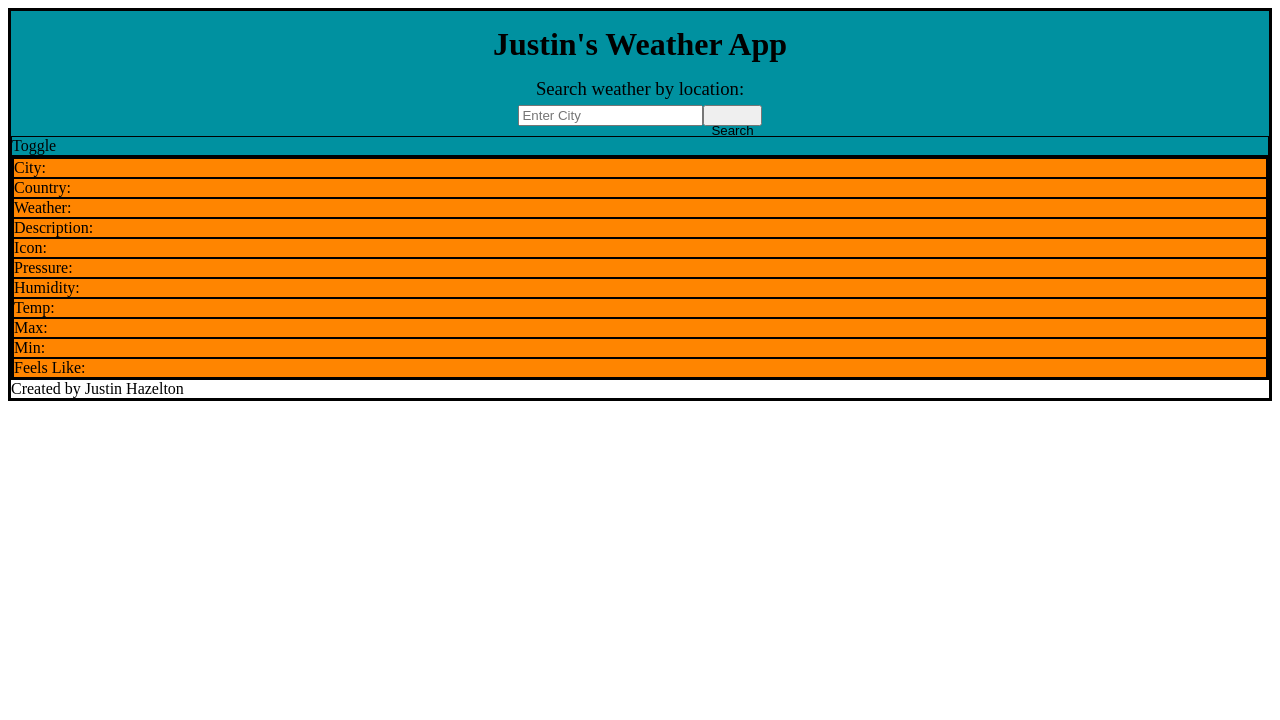
Repository: J-Haze/Weather
Page: /
These files come from the project's save history. The page is drawn as it stood at one moment and after the next save; the edit follows.
The browser window is 1280 px wide. The pictures show the whole page.
The project was rebuilt for these pictures with package versions that can differ from the ones it lists, and the page was loaded fresh each time. Also part of the build but not shown: src/index.css.

Above is the page before, as saved 2020-09-06 17:30:23.

After the next save:
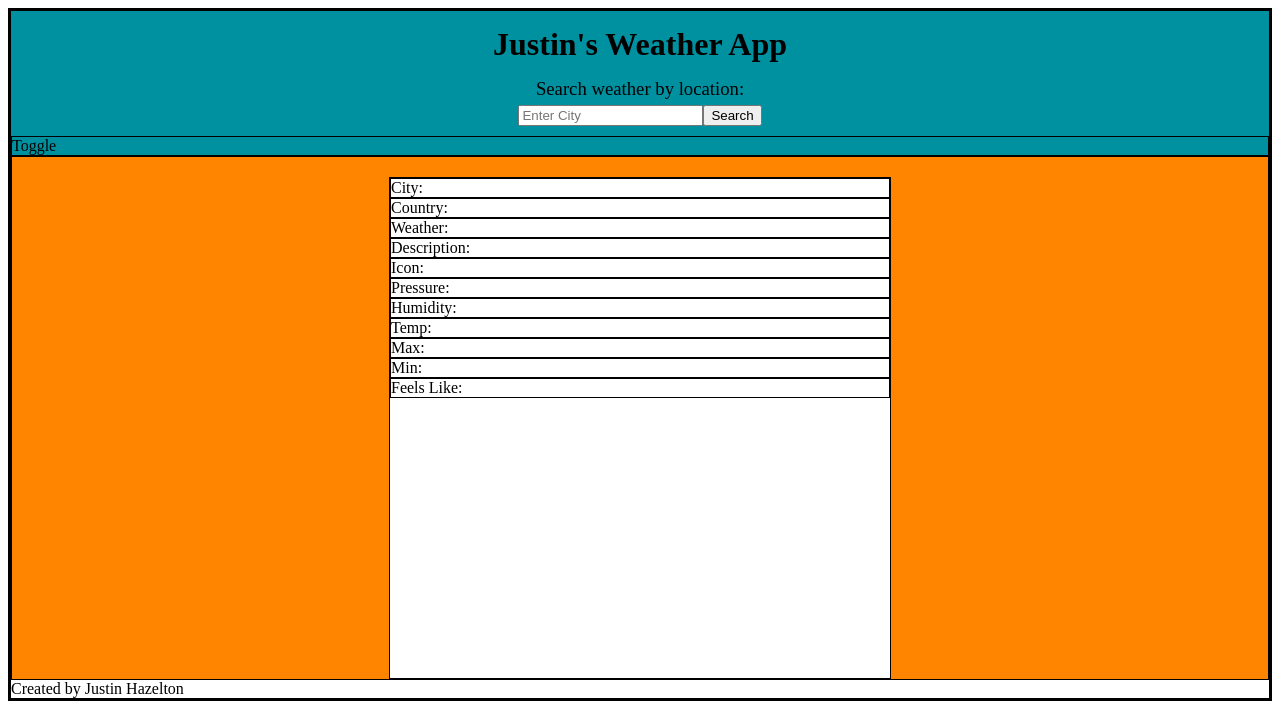
Saved 12 s later.
--- a/src/App.css
+++ b/src/App.css
@@ -66,13 +66,26 @@ header{
   /* flex-shrink: 0; */
 }
 
-#results-section{
-    background-color: var(--orange)
-}
-
-.fa-search-location{
+#fa-search-location{
     display: flex;
     height: 100%;
     width: 100%;
     color: black;
 }
+
+#results-section{
+    background-color: var(--orange);
+    margin-top: 0px;
+    height: 100%;
+}
+
+
+
+#results-card{
+    background-color: white;
+    width: 500px;
+    height: 500px;
+    margin-top: 20px;
+    margin-left: auto;
+    margin-right: auto;
+}
